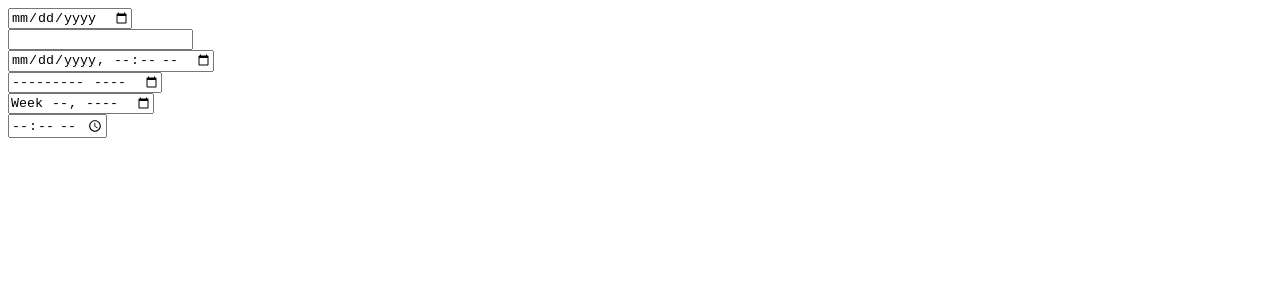
Repository: xiangyu-lin/Python_module
Page: demo/09-dateAndTime/9-7.html
The author's editor kept a copy of each file at every save. The page is drawn from the files as they stood at one save, then again after the next save.
The browser window is 1280 px wide. The pictures show the whole page.

Above is the page before, as saved 2018-08-21 10:02:54.

### demo/09-dateAndTime/9-7.html
<!DOCTYPE html>
<html>
<head>
<meta charset="UTF-8">
<title>Insert title here</title>
</head>
<body>
	<!-- 年月日 -->
	<input type="date" name="datetime" id=""/><br>

	<!-- 浏览器不支持下面这个 可以用local 年月日时间 -->
	<input type="datetime" name="datetime1" id=""><br>
	<input type="datetime-local" name="datetime2" id=""><br>

	<!-- 年月 -->
	<input type="month" name="month" id=""><br>

	<!-- 第多少周 -->
	<input type="week" name="week" id=""><br>

	<!-- 时间 -->
	<input type="time" name="time" id=""><br>
</body>
</html>

After the next save:
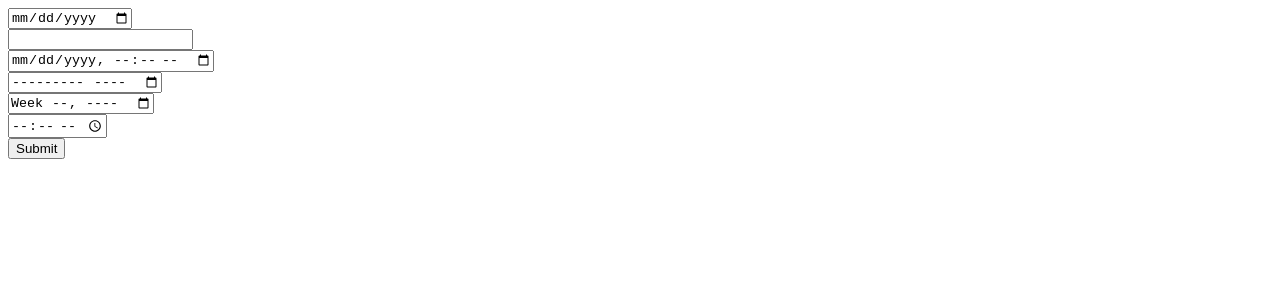
Saved 63 s later.
--- a/demo/09-dateAndTime/9-7.html
+++ b/demo/09-dateAndTime/9-7.html
@@ -20,5 +20,7 @@
 
 	<!-- 时间 -->
 	<input type="time" name="time" id=""><br>
+
+	<input type="submit" name="submit"><br>
 </body>
 </html>
